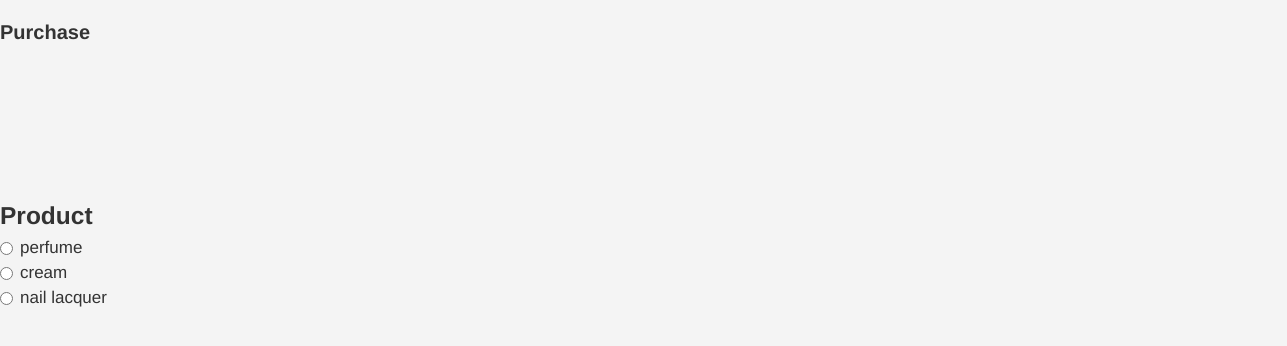
Repository: bubupower/rindus
Page: ProductPurchaseClient/WebContent/index.html
These files come from the project's save history. The page is drawn as it stood at one moment and after the next save; the edit follows.
The browser window is 1280 px wide. The page is 1287 px wide, so the pictures cover 1287 px, including what lies to the right of the window. The pictures show the whole page.

Above is the page before, as saved 2017-06-15 20:17:02.
Console error (its wording comes from the project's code and is left out).

After the next save:
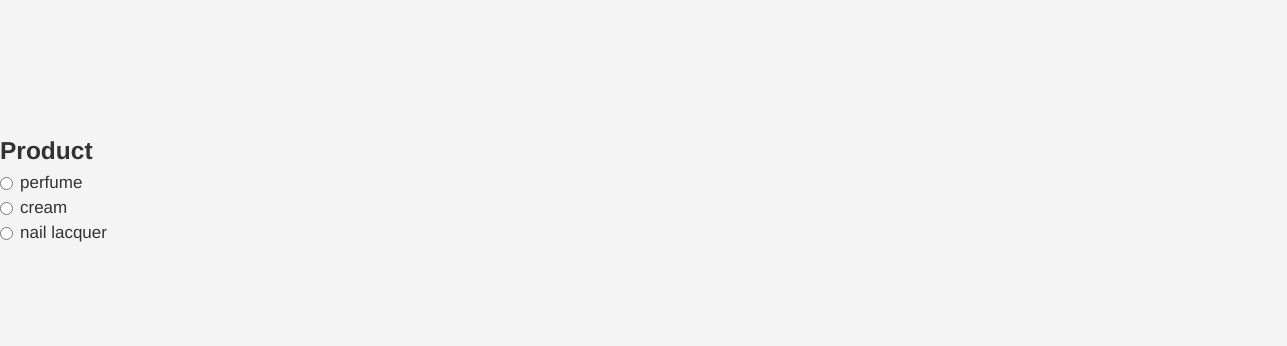
Saved 6 s later.
--- a/ProductPurchaseClient/WebContent/index.html
+++ b/ProductPurchaseClient/WebContent/index.html
@@ -4,7 +4,6 @@
     <meta charset="utf-8">
     <meta name="viewport" content="width=device-width, initial-scale=1.0">
     <title>Purchase</title>
-    <h1>Purchase</h1>
 <!--     <link rel="stylesheet" href="css/app.css"/> -->
     <link rel="stylesheet" href="css/bootstrap/bootstrap-responsive.min.css"/>
     <link rel="stylesheet" href="css/bootstrap/bootstrap.min.css"/>
